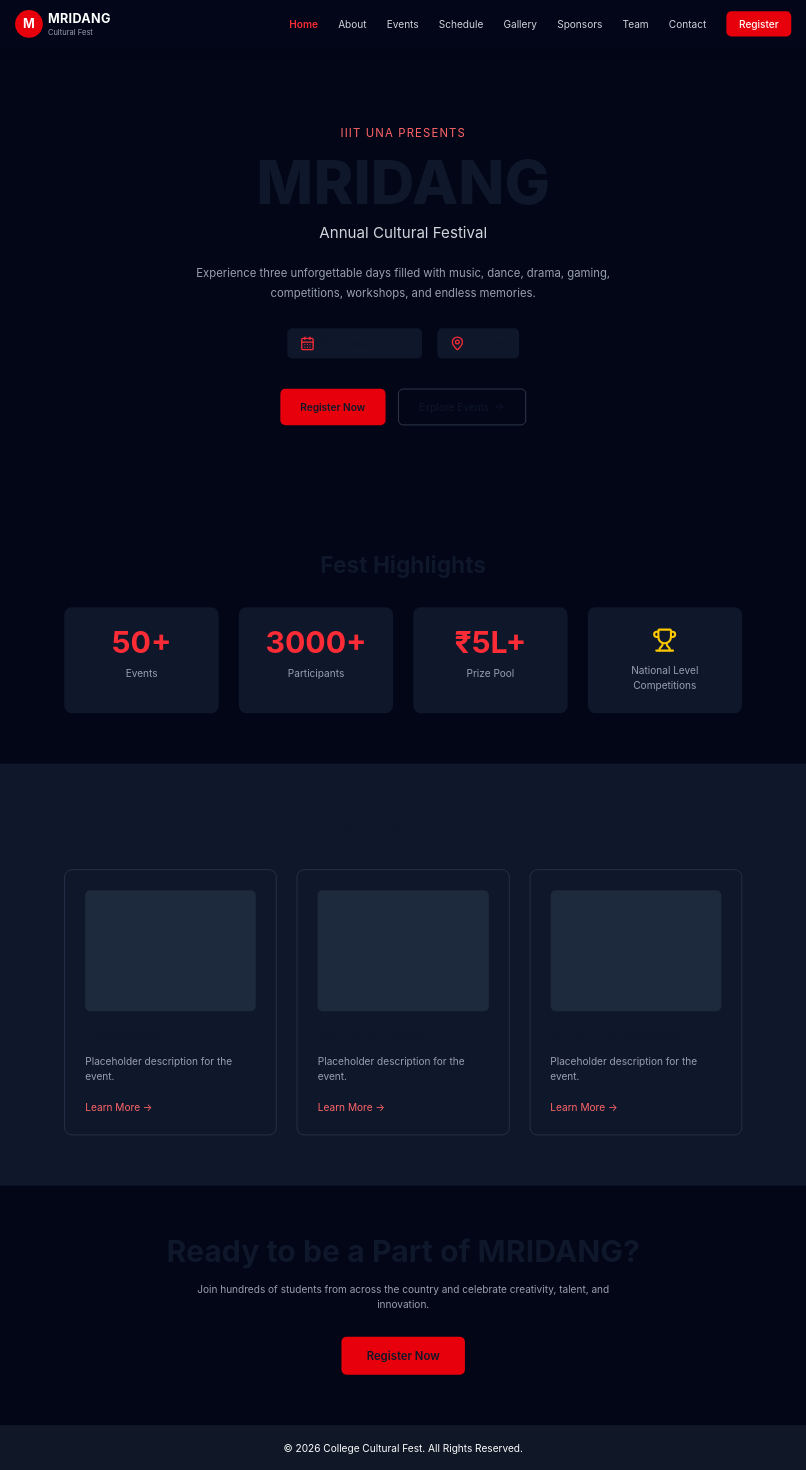
Repository: mridang-iiitu/Mridang-2k26
Page: /
The author's editor kept a copy of each file at every save. The page is drawn from the files as they stood at one save, then again after the next save.
The browser window is 1280 px wide. The pictures show the whole page, at 63% of full size.
The project was rebuilt for these pictures with package versions that can differ from the ones it lists, and the page was loaded fresh each time. Also part of the build but not shown: vite.config.js, src/pages/About.jsx, src/pages/Events.jsx, src/pages/Schedule.jsx, src/pages/Gallery.jsx, src/pages/Sponsors.jsx, src/pages/Team.jsx, src/pages/Contact.jsx.

Above is the page before, as saved 2026-08-03 13:44:08.

### src/index.css
@import "tailwindcss";

html {
  scroll-behavior: smooth;
}

body {
  margin: 0;
  padding: 0;
  font-family: Inter, "Segoe UI", sans-serif;
  background: #020617;
  color: white;
}

* {
  box-sizing: border-box;
}

section {
  padding: 80px 8%;
}

::-webkit-scrollbar {
  width: 10px;
}

::-webkit-scrollbar-track {
  background: #0f172a;
}

::-webkit-scrollbar-thumb {
  background: #ef4444;
  border-radius: 10px;
}

::-webkit-scrollbar-thumb:hover {
  background: #dc2626;
}

::selection {
  background: #ef4444;
  color: white;
}

### src/App.jsx
import { BrowserRouter, Routes, Route } from "react-router-dom";

import Navbar from "./components/Navbar";
import Footer from "./components/Footer";

import Home from "./pages/Home";
import About from "./pages/About";
import Events from "./pages/Events";
import Schedule from "./pages/Schedule";
import Gallery from "./pages/Gallery";
import Sponsors from "./pages/Sponsors";
import Team from "./pages/Team";
import Contact from "./pages/Contact";

export default function App() {
  return (
    <BrowserRouter>
      <Navbar />

      <Routes>
        <Route path="/" element={<Home />} />
        <Route path="/about" element={<About />} />
        <Route path="/events" element={<Events />} />
        <Route path="/schedule" element={<Schedule />} />
        <Route path="/gallery" element={<Gallery />} />
        <Route path="/sponsors" element={<Sponsors />} />
        <Route path="/team" element={<Team />} />
        <Route path="/contact" element={<Contact />} />
      </Routes>

      <Footer />
    </BrowserRouter>
  );
}

### src/components/Navbar.jsx
import { Link, NavLink } from "react-router-dom";
import { Menu, X } from "lucide-react";
import { useState } from "react";

export default function Navbar() {
  const [isOpen, setIsOpen] = useState(false);

  const navItems = [
    { name: "Home", path: "/" },
    { name: "About", path: "/about" },
    { name: "Events", path: "/events" },
    { name: "Schedule", path: "/schedule" },
    { name: "Gallery", path: "/gallery" },
    { name: "Sponsors", path: "/sponsors" },
    { name: "Team", path: "/team" },
    { name: "Contact", path: "/contact" },
  ];

  return (
    <nav className="sticky top-0 z-50 bg-slate-950 text-white shadow-lg">
      <div className="mx-auto flex max-w-7xl items-center justify-between px-6 py-4">

        {/* Logo */}
        <Link to="/" className="flex items-center gap-2">
          <div className="flex h-11 w-11 items-center justify-center rounded-full bg-red-600 text-xl font-bold">
            M
          </div>

          <div>
            <h1 className="text-xl font-bold tracking-wide">
              MRIDANG
            </h1>
            <p className="text-xs text-gray-400">
              Cultural Fest
            </p>
          </div>
        </Link>

        {/* Desktop Menu */}
        <div className="hidden items-center gap-8 md:flex">
          {navItems.map((item) => (
            <NavLink
              key={item.name}
              to={item.path}
              className={({ isActive }) =>
                `transition duration-300 ${
                  isActive
                    ? "text-red-500 font-semibold"
                    : "text-gray-300 hover:text-red-400"
                }`
              }
            >
              {item.name}
            </NavLink>
          ))}

          <button className="rounded-lg bg-red-600 px-5 py-2 font-medium transition hover:bg-red-700">
            Register
          </button>
        </div>

        {/* Mobile Menu Button */}
        <button
          className="md:hidden"
          onClick={() => setIsOpen(!isOpen)}
        >
          {isOpen ? <X size={28} /> : <Menu size={28} />}
        </button>
      </div>

      {/* Mobile Menu */}
      {isOpen && (
        <div className="space-y-4 border-t border-slate-800 bg-slate-900 px-6 py-5 md:hidden">
          {navItems.map((item) => (
            <NavLink
              key={item.name}
              to={item.path}
              onClick={() => setIsOpen(false)}
              className={({ isActive }) =>
                `block ${
                  isActive
                    ? "text-red-500 font-semibold"
                    : "text-gray-300"
                }`
              }
            >
              {item.name}
            </NavLink>
          ))}

          <button className="mt-3 w-full rounded-lg bg-red-600 py-2 font-semibold hover:bg-red-700">
            Register
          </button>
        </div>
      )}
    </nav>
  );
}

### src/components/Footer.jsx
export default function Footer() {
  return (
    <footer className="bg-gray-900 text-white text-center py-6">
      <p>© 2026 College Cultural Fest. All Rights Reserved.</p>
    </footer>
  );
}

### src/pages/Home.jsx
import { CalendarDays, MapPin, Trophy, ArrowRight } from "lucide-react";

export default function Home() {
  return (
    <main className="bg-slate-9 text-slate-900">

      {/* Hero Section */}
      <section className="flex min-h-screen items-center justify-center px-6">
        <div className="max-w-7xl text-center">

          <p className="mb-4 text-lg text-red-400 tracking-widest uppercase">
            IIIT UNA Presents
          </p>

          <h1 className="text-6xl font-extrabold md:text-8xl">
            MRIDANG
          </h1>

          <p className="mt-4 text-2xl text-gray-300">
            Annual Cultural Festival
          </p>

          <p className="mx-auto mt-8 max-w-3xl text-lg leading-8 text-gray-400">
            Experience three unforgettable days filled with music, dance,
            drama, gaming, competitions, workshops, and endless memories.
          </p>

          <div className="mt-10 flex flex-wrap justify-center gap-6">

            <div className="flex items-center gap-2 rounded-lg bg-slate-900 px-5 py-3">
              <CalendarDays className="text-red-500" />
              20–22 March 2027
            </div>

            <div className="flex items-center gap-2 rounded-lg bg-slate-900 px-5 py-3">
              <MapPin className="text-red-500" />
              IIIT Una
            </div>

          </div>

          <div className="mt-12 flex justify-center gap-5">

            <button className="rounded-lg bg-red-600 px-8 py-4 font-semibold transition hover:bg-red-700">
              Register Now
            </button>

            <button className="flex items-center gap-2 rounded-lg border border-gray-600 px-8 py-4 hover:bg-slate-900">
              Explore Events
              <ArrowRight size={18} />
            </button>

          </div>

        </div>
      </section>

      {/* Highlights */}
      <section className="px-6 py-24">
        <div className="mx-auto max-w-7xl">

          <h2 className="mb-12 text-center text-4xl font-bold">
            Fest Highlights
          </h2>

          <div className="grid gap-8 md:grid-cols-4">

            <div className="rounded-xl bg-slate-900 p-8 text-center">
              <h3 className="text-5xl font-bold text-red-500">50+</h3>
              <p className="mt-3 text-gray-400">Events</p>
            </div>

            <div className="rounded-xl bg-slate-900 p-8 text-center">
              <h3 className="text-5xl font-bold text-red-500">3000+</h3>
              <p className="mt-3 text-gray-400">Participants</p>
            </div>

            <div className="rounded-xl bg-slate-900 p-8 text-center">
              <h3 className="text-5xl font-bold text-red-500">₹5L+</h3>
              <p className="mt-3 text-gray-400">Prize Pool</p>
            </div>

            <div className="rounded-xl bg-slate-900 p-8 text-center">
              <Trophy className="mx-auto mb-4 text-yellow-400" size={40} />
              <p className="text-gray-400">National Level Competitions</p>
            </div>

          </div>

        </div>
      </section>

      {/* Featured Events */}
      <section className="px-6 py-20 bg-slate-900">

        <div className="mx-auto max-w-7xl">

          <h2 className="mb-12 text-center text-4xl font-bold">
            Featured Events
          </h2>

          <div className="grid gap-8 md:grid-cols-3">

            {[
              "Hackathon",
              "Battle of Bands",
              "BGMI Tournament",
            ].map((event) => (
              <div
                key={event}
                className="rounded-xl border border-slate-700 p-8 transition hover:border-red-500"
              >
                <div className="mb-6 h-48 rounded-lg bg-slate-800"></div>

                <h3 className="text-2xl font-bold">
                  {event}
                </h3>

                <p className="mt-3 text-gray-400">
                  Placeholder description for the event.
                </p>

                <button className="mt-6 text-red-400 hover:text-red-500">
                  Learn More →
                </button>

              </div>
            ))}

          </div>

        </div>

      </section>

      {/* CTA */}
      <section className="px-6 py-24 text-center">

        <h2 className="text-5xl font-bold">
          Ready to be a Part of MRIDANG?
        </h2>

        <p className="mx-auto mt-6 max-w-2xl text-gray-400">
          Join hundreds of students from across the country and celebrate
          creativity, talent, and innovation.
        </p>

        <button className="mt-10 rounded-lg bg-red-600 px-10 py-4 text-lg font-semibold hover:bg-red-700">
          Register Now
        </button>

      </section>

    </main>
  );
}

Loaded but not shown: index.html (common file); src/main.jsx (common file)

After the next save:
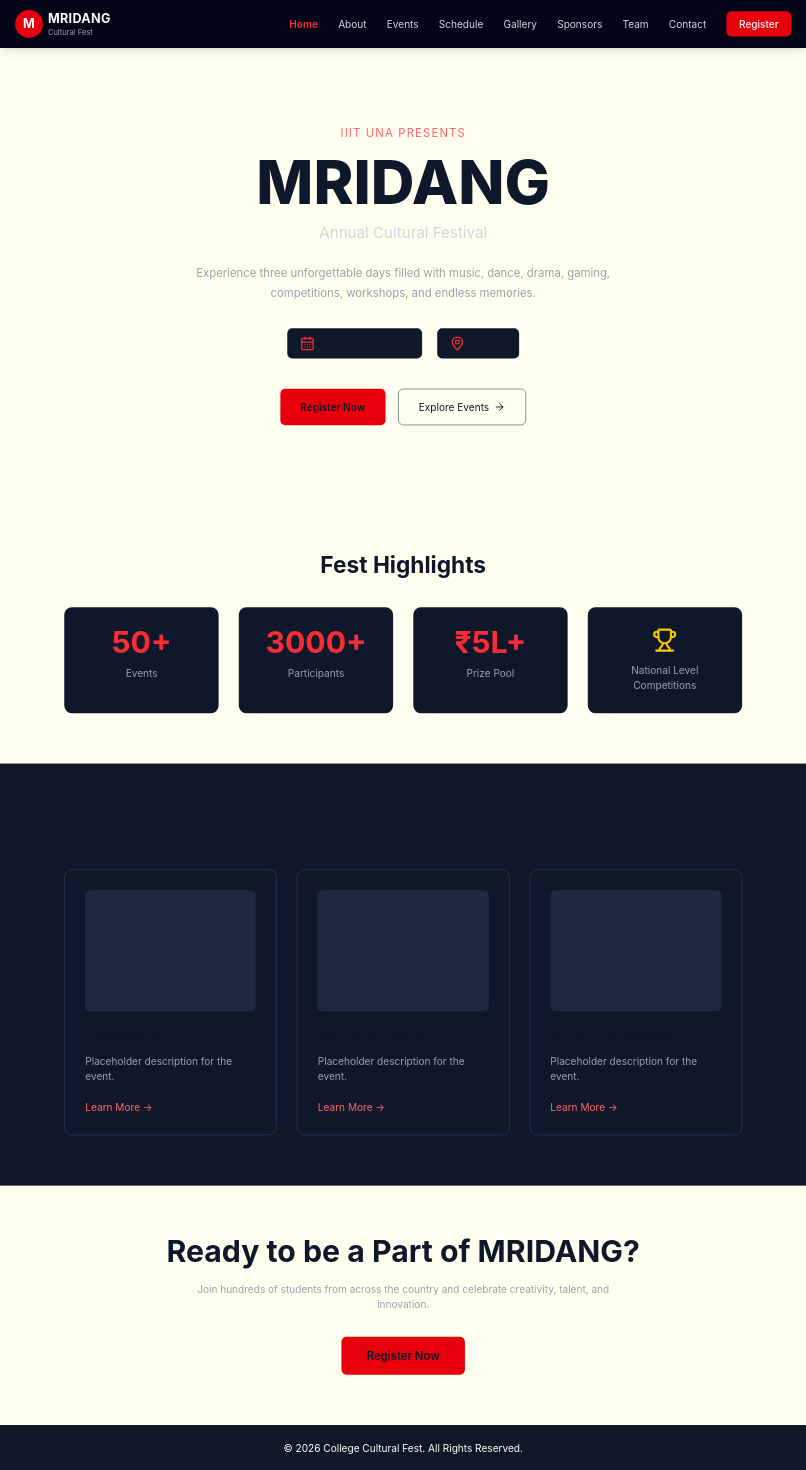
Saved 20 s later.
--- a/src/pages/Home.jsx
+++ b/src/pages/Home.jsx
@@ -2,7 +2,7 @@ import { CalendarDays, MapPin, Trophy, ArrowRight } from "lucide-react";
 
 export default function Home() {
   return (
-    <main className="bg-slate-9 text-slate-900">
+    <main className="min-h-screen bg-[#FFFFF0] text-slate-900">
 
       {/* Hero Section */}
       <section className="flex min-h-screen items-center justify-center px-6">
